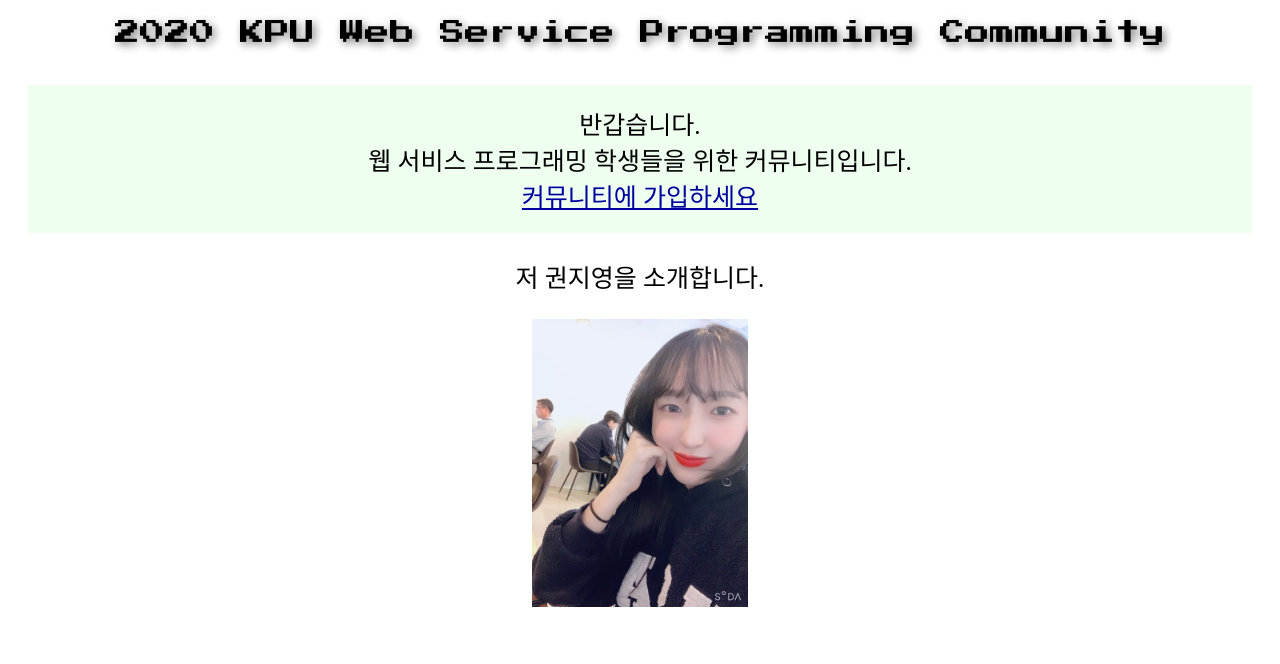
Repository: JiYoung-Kwon/WebProgramming
Page: workspace_20206R/kwonjiyoung_reg/WebContent/welcome.html
The author's editor kept a copy of each file at every save. The page is drawn from the files as they stood at one save, then again after the next save.
The browser window is 1280 px wide. The pictures show the whole page.
Some web fonts or font styles are not loaded; a fallback is used.

Above is the page before, as saved 2020-10-07 07:48:22.

After the next save:
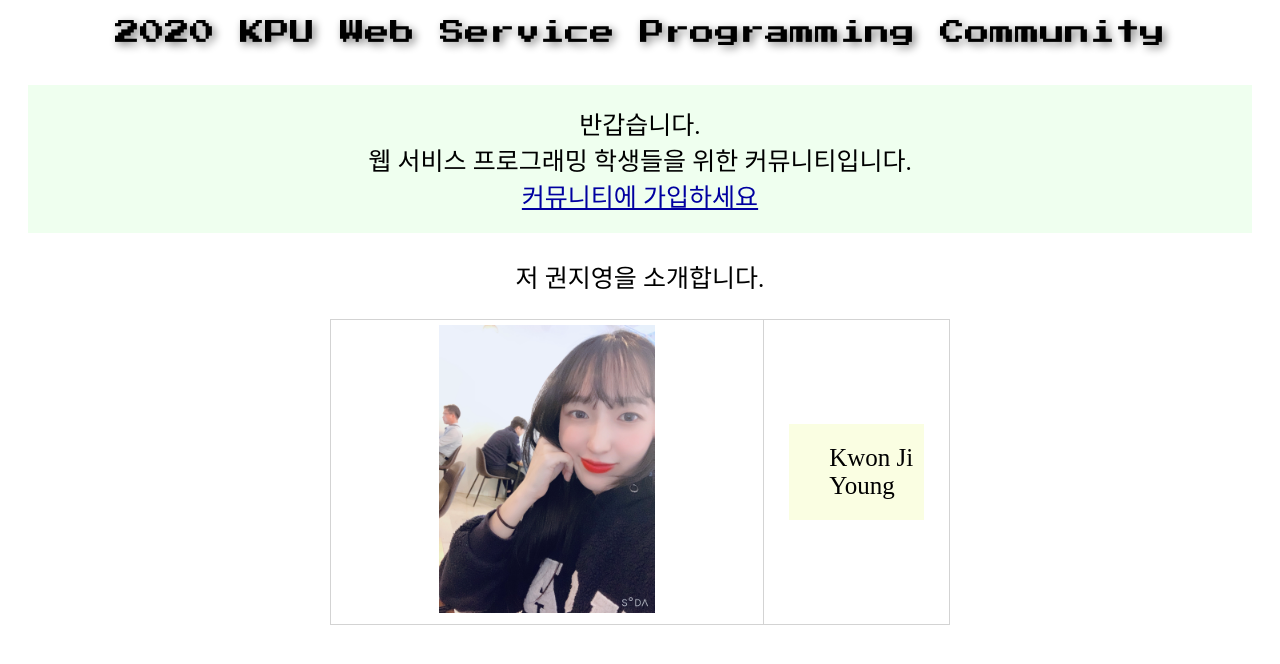
Saved 3 min 28 s later.
--- a/workspace_20206R/kwonjiyoung_reg/WebContent/welcome.html
+++ b/workspace_20206R/kwonjiyoung_reg/WebContent/welcome.html
@@ -22,11 +22,16 @@
 	<div>
 		<p>저 권지영을 소개합니다.</p>
 
-		<img src="resources/Jiyoung.jpg" alt="jiyoung" width="216"
-			height="288">
 		<div>
 			<table>
+				<tr>
+					<td> <img src="resources/Jiyoung.jpg" alt="jiyoung" width="216"height="288"></td>
+					<td>
+						<ul>
+							<li> Kwon Ji Young</li>
+						 </ul>
 
+				</tr>
 
 			</table>
 		</div>
